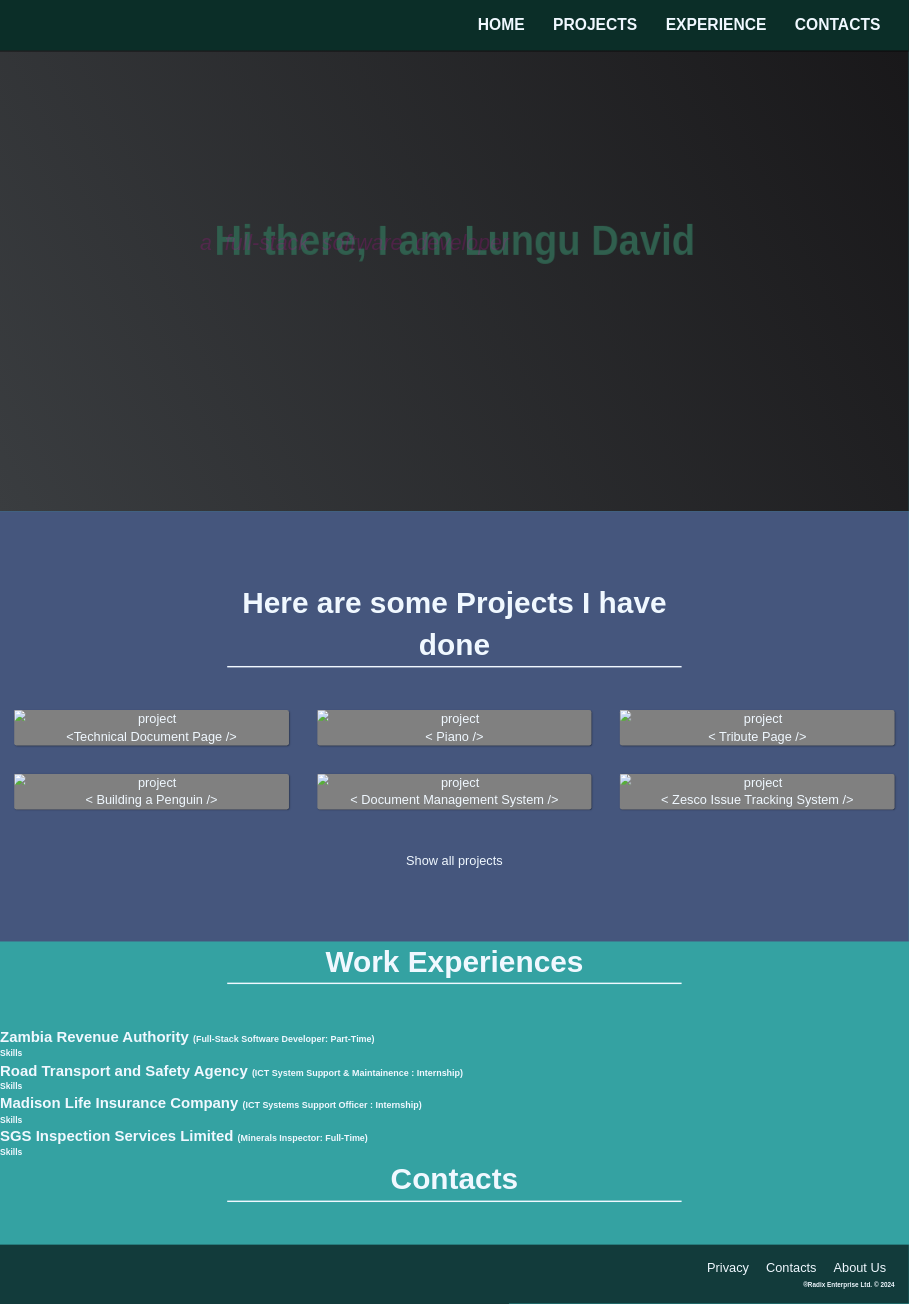
Repository: Lungdjos/personal_portifolio
Page: html/index.html
These files come from the project's save history. The page is drawn as it stood at one moment and after the next save; the edit follows.
The browser window is 1280 px wide. The pictures show the whole page, at 71% of full size.

Above is the page before, as saved 2024-02-04 00:27:04.

### html/index.html
<!DOCTYPE html>
<html lang="en">

<head>
    <meta charset="UTF-8">
    <meta name="viewport" content="width=device-width, initial-scale=1.0">
    <title>Personal Portifolio</title>
    <link rel="stylesheet" href="/css/styles.css">
</head>

<body>
    <header class="header">
        <nav id="navbar">
            <ul class="nav-list">
                <li><a href="#Home" class="nav-link"><i class=""></i>Home</a></li>
                <li>
                    <a href="#Projects" class="nav-link"> <i class=""></i>Projects</a>
                </li>
                <li>
                    <a href="#Work-Experience" class="nav-link"> <i class=""></i>Experience</a>
                </li>
                <li><a href="#Contacts" class="nav-link"><i class=""></i>Contacts</a></li>
            </ul>
        </nav>
    </header>
    <main class="m-3">
        <div id="spacer"></div>
        <section class="home" id="Home">
            <div id="welcome-section">
                <h1 id="title">Hi there, I am Lungu David</h1>
                <p id="sub-title"><span>a</span> <span>full-stack</span> <span>software</span> <span>developer</span></p>
            </div>
        </section>

        <div id="spacer"></div>
        <section class="project-section" id="Projects">
            <h2 id="project-heading" class="heading">Here are some Projects I have done</h2>

            <div class="project-grid">
                <a href="#" target="_blank" class="project project-title">
                    <img class="project-image" src="" alt="project">
                    <p class="project-title">
                        <span class="code">&lt;</span>Technical Document Page
                        <span class="code">/&gt;</span>
                    </p>
                </a>

                <a href="#" target="_blank" class="project project-title">
                    <img class="project-image" src="" alt="project">
                    <p class="project-title">
                        <span class="code">&lt;</span> Piano
                        <span class="code">/&gt;</span>
                    </p>
                </a>

                <a href="#" target="_blank" class="project project-title">
                    <img class="project-image" src="" alt="project">
                    <p class="project-title">
                        <span class="code">&lt;</span> Tribute Page
                        <span class="code">/&gt;</span>
                    </p>
                </a>

                <a href="#" target="_blank" class="project project-title">
                    <img class="project-image" src="" alt="project">
                    <p class="project-title">
                        <span class="code">&lt;</span> Building a Penguin
                        <span class="code">/&gt;</span>
                    </p>
                </a>

                <a href="#" target="_blank" class="project project-title">
                    <img class="project-image" src="" alt="project">
                    <p class="project-title">
                        <span class="code">&lt;</span> Document Management System
                        <span class="code">/&gt;</span>
                    </p>
                </a>

                <a href="#" target="_blank" class="project project-title">
                    <img class="project-image" src="" alt="project">
                    <p class="project-title">
                        <span class="code">&lt;</span> Zesco Issue Tracking System
                        <span class="code">/&gt;</span>
                    </p>
                </a>
            </div>

            <a href="#" class="btn btn-show-all" target="_blank">Show all projects<i class="fas fa-chevron-right"></i></a>
        </section>
        <div id="spacer"></div>
        <section class="work-exp-section" id="Work-Experience">
            <h2 class="heading work-exp-heading">Work Experiences</h2>
            <div id="grid">
                <div id="icon"></div>
                <div class="experience">
                    <h3>Zambia Revenue Authority <small>(Full-Stack Software Developer: Part-Time)</small></h3>
                    <h6 class="skills">Skills</h6>
                    <p>
                        <ul>
                            <li></li>
                            <li></li>
                            <li></li>
                            <li></li>
                        </ul>
                    </p>
                </div>
            </div>

            <div id="grid">
                <div id="icon"></div>
                <div class="experience">
                    <h3>Road Transport and Safety Agency <small>(ICT System Support & Maintainence : Internship)</small></h3>
                    <h6 class="skills">Skills</h6>
                    <p>
                        <ul>
                            <li></li>
                            <li></li>
                            <li></li>
                            <li></li>
                        </ul>
                    </p>
                </div>
            </div>

            <div id="grid">
                <div id="icon"></div>
                <div class="experience">
                    <h3>Madison Life Insurance Company <small>(ICT Systems Support Officer : Internship)</small></h3>
                    <h6 class="skills">Skills</h6>
                    <p>
                        <ul>
                            <li></li>
                            <li></li>
                            <li></li>
                            <li></li>
                        </ul>
                    </p>
                </div>
            </div>

            <div id="grid">
                <div id="icon"></div>
                <div class="experience">
                    <h3>SGS Inspection Services Limited <small>(Minerals Inspector: Full-Time)</small></h3>
                    <h6 class="skills">Skills</h6>
                    <p>
                        <ul>
                            <li></li>
                            <li></li>
                            <li></li>
                            <li></li>
                        </ul>
                    </p>
                </div>
            </div>
        </section>
        <div id="spacer"></div>
        <section class="contact" id="Contacts">
            <h2 class="heading contacts-heading">Contacts</h2>
        </section>
    </main>
    <footer>
        <ul>
            <li><a href="">Privacy</a></li>
            <li><a href="">Contacts</a></li>
            <li><a href="">About Us</a></li>
        </ul>
        <span>&REG;Radix Enterprise Ltd. &copy; 2024</span>
    </footer>
</body>

</html>

### css/styles.css
/** STYLING FOR THE PORTIFOLIO **/


/* the root selector */

:root {
    /* colors */
    --col-1: aliceblue;
    --col-2: grey;
    --bc-1: #34a2a2;
    --bc-2: #0b2e28;
    --bc-3: #123b3b;
    --bc-4: #45567d;
    /* values */
}


/* general stylings */

html {
    font-size: 62.5%;
    box-sizing: border-box;
    scroll-behavior: smooth;
}

* {
    margin: 0;
    padding: 0;
}


/* box-sizing and font sizing */

*,
*::before,
*::after {
    box-sizing: inherit;
}


/* body styling */

body {
    font-family: 'Poppins', sans-serif;
    font-size: 1.8rem;
    font-weight: 400;
    line-height: 1.4;
    color: var(--col-1);
    background-color: var(--bc-1);
}


/* headings styling */

h1,
h2 {
    font-family: 'Raleway', sans-serif;
    font-weight: 600;
    text-align: center;
}

h1 {
    font-size: 6rem;
}

h2 {
    font-size: 4.2rem;
}


/* List and anchor styling */

ul {
    list-style: none;
}

a {
    color: var(--col-1);
    text-decoration: none;
}

img {
    display: block;
    width: 100%;
}


/** NAVIGATION BAR */


/* nav bar styling */

nav {
    font-weight: 600;
}

.header {
    display: flex;
    justify-content: flex-end;
    position: fixed;
    top: 0;
    left: 0;
    width: 100%;
    box-shadow: 0 2px 0 rgba(0, 0, 0, 0.4);
    z-index: 10;
    background-color: var(--bc-2);
}

nav>ul {
    display: flex;
    margin-right: 2rem;
    text-transform: uppercase;
}

.nav-list a {
    display: block;
    font-size: 2.2rem;
    padding: 2rem;
}

.nav-list a:hover {
    background: var(--bc-4);
}


/* body styling */

#spacer {
    max-width: 1000px;
    width: 100%;
    margin: 0 auto;
}

main>li {
    list-style-type: disc;
}


/** HOME PAGE */


/* Styling or the Home Page */

.home {
    width: 100%;
    height: 100vh;
    display: flex;
    flex-direction: column;
    justify-content: center;
    align-items: center;
    background: inherit;
    background-image: linear-gradient(62deg, #3a3d40 0%, #181719 100%);
}

#welcome-section>p {
    font-size: 3rem;
    font-weight: 200;
    font-style: italic;
    color: #d0a;
}

#title {
    transform-origin: center;
    animation: rotateAndChangeColor 14s infinite ease-in-out;
}

#sub-title {
    text-indent: 10px;
}

#sub-title span {
    display: inline-block;
    animation: fallAnimation 4s infinite ease-in-out forwards;
}


/** PROJECTS */


/* styling for projects */

.project-section {
    text-align: center;
    padding: 10rem 2rem;
    background: var(--bc-4);
}

.heading {
    max-width: 640px;
    margin: 0 auto 6rem auto;
    border-bottom: .2rem solid var(--col-1);
}


/* grids */

.project-grid {
    display: grid;
    grid-template-columns: repeat(auto-fit, minmax(360px, 1fr));
    grid-gap: 4rem;
    width: 100%;
    max-width: 1280px;
    margin: 0 auto;
    margin-bottom: 6rem;
}

.project {
    background: var(--col-2);
    box-shadow: 1px 1px 2px rgba(0, 0, 0, 0.4);
    border-radius: 3px;
}


/* Work Experience */

.work-exp-section small {
    font-size: 60%;
}


/* #Work-Experience #icon {
    display: flex;
    flex-direction: column;
    justify-content: center;
    height: 150px;
    width: 20vw;
}

#Work-Experience .experience {
    display: flex;
    flex-direction: column;
    justify-content: center;
    height: 125px;
    width: 80vw;
    padding: 5px;
} */


/** FOOTER */


/* footer styling */

footer {
    margin-top: 25px;
    padding: 20px;
    width: 100%;
    background-color: var(--bc-3);
}

footer>ul {
    display: flex;
    justify-content: flex-end;
}

footer>ul>li {
    padding: 0 12px;
}

footer>span {
    display: flex;
    justify-content: flex-end;
    margin-top: 6px;
    font-size: .9rem;
    font-weight: bold;
}


/** ANIMATIONS AND EFFECTS */


/* Welcome Page Animations */

@keyframes rotateAndChangeColor {
    0% {
        transform: rotateY(0deg);
        color: #333;
    }
    30% {
        transform: rotateY(360deg);
        color: #2e604a;
    }
    60% {
        transform: rotate(0deg);
        color: #45567d;
    }
    90% {
        transform: rotate(360deg);
        color: #ff6347;
    }
}

@keyframes fallAnimation {
    0% {
        transform: translateY(-60px);
        opacity: 0;
    }
    50% {
        transform: translateY(-60px);
        opacity: 0.4;
    }
    100% {
        transform: translateY(0);
        opacity: 1;
    }
}


/** STYLING FOR SMALL DEVICES */


/* 1200px / 16px = 75em */

@media (max-width: 75em) {
    html {
        font-size: 60%;
    }
}


/* 980px / 16px = 61.25em */

@media (max-width: 61.25em) {
    html {
        font-size: 58%;
    }
}


/* 460px / 16px = 28.75em */

@media (max-width: 28.75em) {
    html {
        font-size: 55%;
    }
}


/* nav bar media queries */

@media (max-width: 28.75em) {
    #navbar {
        justify-content: center;
    }
    .nav-list {
        margin: 0 1rem;
    }
}


/* projects media query */

@media (max-width: 28.75em) {
    #project-heading {
        font-size: 4rem;
    }
}

After the next save:
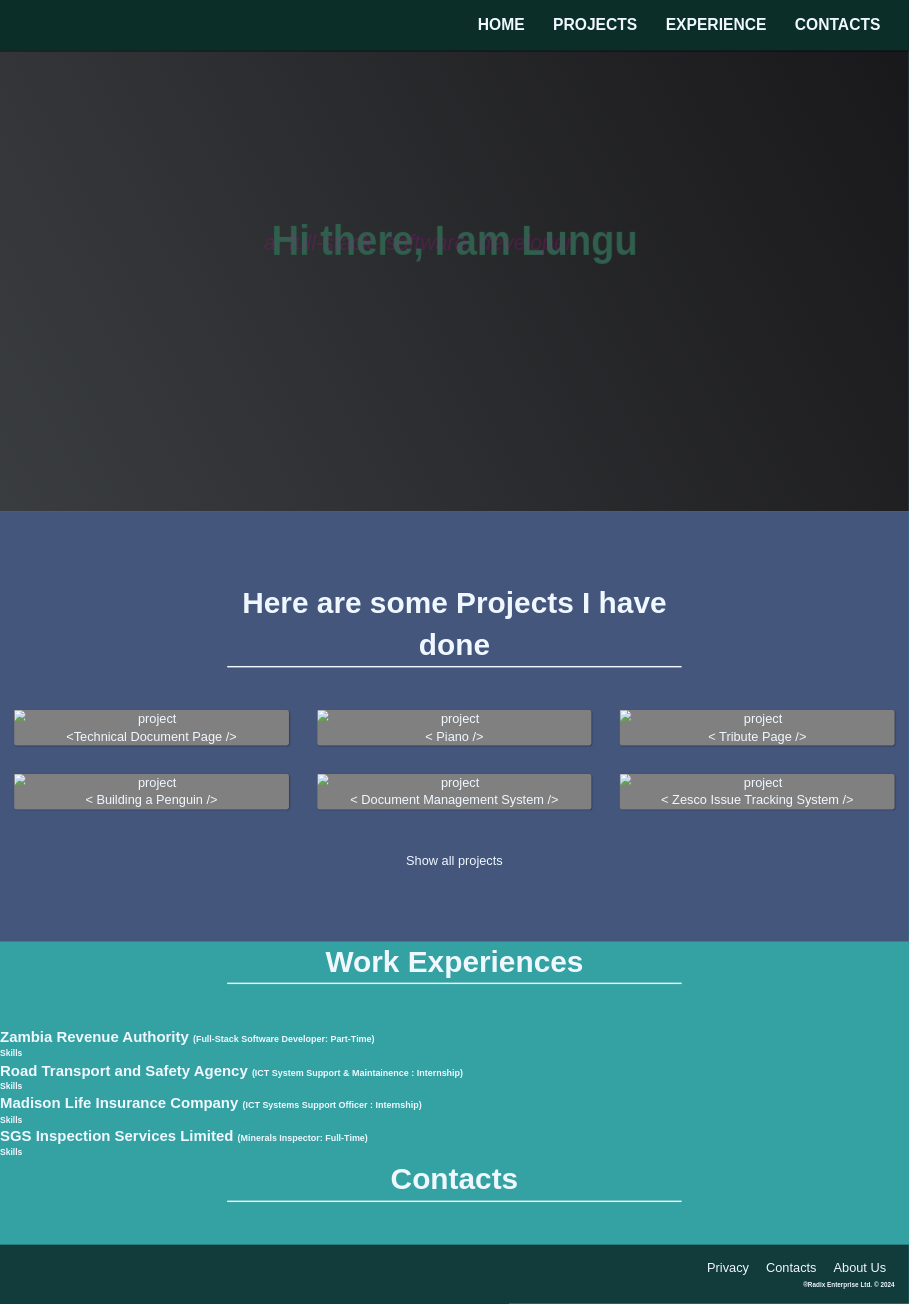
Saved 57 s later.
--- a/html/index.html
+++ b/html/index.html
@@ -27,7 +27,7 @@
         <div id="spacer"></div>
         <section class="home" id="Home">
             <div id="welcome-section">
-                <h1 id="title">Hi there, I am Lungu David</h1>
+                <h1 id="title">Hi there, I am Lungu</h1>
                 <p id="sub-title"><span>a</span> <span>full-stack</span> <span>software</span> <span>developer</span></p>
             </div>
         </section>
